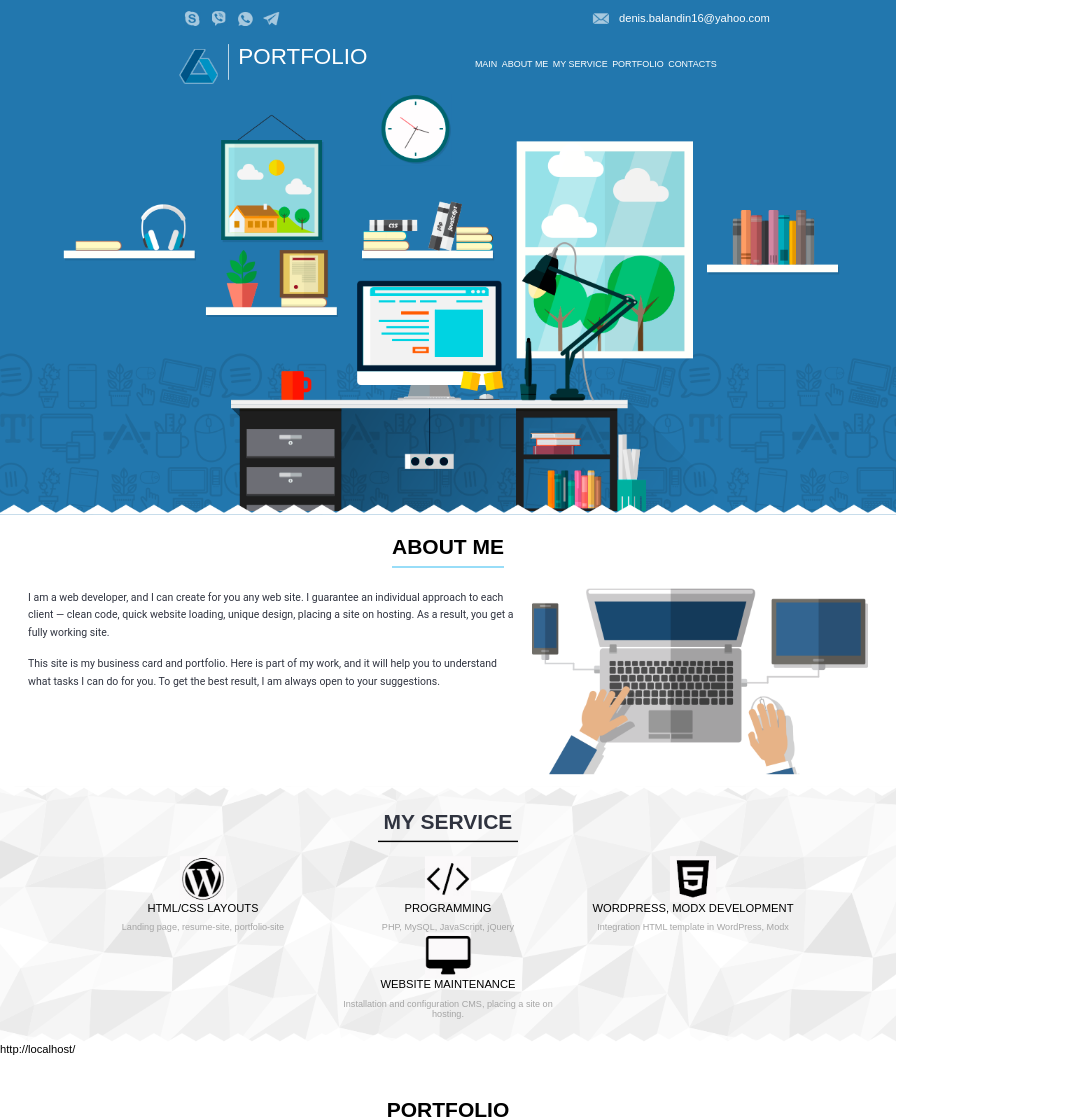
Repository: DenisBalandin/Portfolio
Page: /
An editor plug-in stored every save of this project. The page is shown before and after the next save, followed by the edit.
The browser window is 1280 px wide. The page is 1280 px wide, then 1536 px, so the pictures cover 1536 px, including what lies to the right of the window. The pictures show the part of the page from y = 0 to 1600 px (the page is 2213 px tall before and 2189 px after), at 70% of full size.
The page's requests for data from a server got no answer. The project was rebuilt for these pictures with package versions that can differ from the ones it lists, and the page was loaded fresh each time. No one was signed in, and anything a server would have sent is missing. Also part of the build but not shown: src/ItemPage.js.

Above is the page before, as saved 2020-03-06 18:54:16.

### src/App.js
import React from 'react';
import './style.scss';
import ItemPage from './ItemPage';
import Home from './Home';
import Header from './Header';


import {BrowserRouter as Router,Route, Link} from 'react-router-dom';

function App(){
  return (
    <Router>
      <Header/>
      <Route exact path="/pageitem" component={ItemPage} />

      <Route exact path="/pageitem/:itemid" component={ItemPage} />
      <Route exact path="/" component={Home} />
    </Router>
  );
}

export default App;

### src/style.scss
*{padding: 0; margin: 0;}
body{font-family: Arial; min-width: 500px; }
a{text-decoration: none; color: #FFFFFF; text-decoration: none;}
li{list-style: none;}



/* Heder */
#first_page_bg{
    width:100%;
    height: 70%;
    background: #2277ae;
    header{
        width: 60%;
        margin: 0 auto 0 auto;
        .up_menu_links{
            display: flex;
            justify-content: space-between;
           padding: 2% 0 0 0;
            .social_link{
                width: 30%;
                a{
                    margin: 0 3% 0 3%;
                }
            }
            .email_heder{
                width: 23%;
                span{
                    position: absolute;
                    margin: 0.2% 0 0 1%;
                }
            }
        }

        menu{
            margin: 30px 0 20px 0;
            display: flex;
           justify-content: space-between;
            .logo{
                width: 35%;
                display: flex;
                img{
                    width: 100%;
                    margin: -6% 0 0 0;
                }
                .company_name{
                    // margin: 0.3% 0 0 5%;
                    // height: 90%;
                    padding: 0 0 0 5%;

                    border-left: #FFFFFF 1px solid;
                    font-size: 2.5vw;
                    height: 100%;
                    vertical-align: middle;
                }
            }
            .menu_heder{
                padding: 1.2% 0 0 0;
                width: 45%;
                display: flex;
                justify-content: space-between;
                font-size: 1vw;
            }


        }
    }

}





// .menu div{ margin: -1px 5px 0 5px; color:#ffffff; font-size: 17px;  display: flex;
//     flex-direction:row;
//     flex-wrap: wrap;
//     justify-content: center;}
// .menu div a{color:#ffffff; font-size: 20px;}
/*Top menu end*/
/*Heder end*/

/*Page*/
#first_page_bg_single{ width: 100%; height: 195px; background: #2277ae; padding:0px 0 0 0; overflow: hidden;}
.bg_page_insaide_page{width: 100%; background: url("img/pattop1.png") repeat-x; height: 230px; position: relative; z-index:5;}
.deltatop_page_page{width: 100%; background: url("img/deltatop.png") repeat-x; height: 14px; position: relative; z-index: 20; margin: -13px 0 0 0;}
#content_page{
    max-width: 1200px;
    margin: 30px auto 0px auto;
    display: flex;
    flex-wrap: wrap;
    flex-direction: row;
    justify-content: space-around;
}
.content_pageh1{
    font-size: 30px;
    text-transform: uppercase;
    text-align: center;
    font-weight: bold;
    position: relative;
    margin-bottom: 30px;
    color:#303440;
    text-decoration: underline;
    padding: 40px 0 10px 0;
}
#content_page img{
    width: 100%;
    height: auto;
}
/*Page end*/
.order_site{float: right; margin: 15px 0 0 20px; width: 178px; height: 30px; border: 1px solid #6ca6cd; text-align: center; color: #ffffff; padding: 10px 0 0 0; font-size: 14px; box-shadow: 9px 8px 4px -7px #2277ae; }
.order_site:hover{background: #0298cc; cursor: pointer;}
.company_name{
    color: #ffffff;
    font-size: 45px;
    margin: -10px 0 0 15px;
}
.company_name a{color: #FFFFFF;}
.company_name a:hover{color: #FFFFFF; text-decoration: none;}
.logo_border{
    width: 1px; height: 50px; background: #FFFFFF; margin: 0 10px 0 25px;
}
.content_description{
    max-width: 750px;
    height: 60px;
    float: left;
    font-size: 14px;
    color: #303440;
    margin: 0 0px 0 0;
}
.tools{ font-size: 15px; color: #303440; padding: 0 0 0 0px; }
.content_link{font-size: 15px; color: #303440; margin:0px 0 20px 0;}
.content_link a{color: #303440; text-decoration: underline;}
.content_link a:hover{text-decoration: none;}
.content_text{
    width: 80%;
    background: #fff;
    border: 1px solid #59759b;
    overflow: hidden;
    margin: 0 auto 0 auto;
}
.content_text img{
    width: 100%!important;
    height: 50%!important;
}
.web_line{ background:url("img/web_line.jpg")no-repeat;  display: inline-block; height: 69px; max-width: 1150px; margin: 0 0 -5px 0; border-right: 1px solid #59759b; border-left: 1px solid #59759b; border-top: 1px solid #59759b;}
.content_url{float: left; margin: 40px 0 0 160px;}
.content_url a{color: #585353;}
/*Links end*/
.flex-container {
    display: flex;
    flex-direction:  row-reverse;
}
/*Top Menu*/
.heder_menu{
    display: flex;
}
.top_menu{
    margin: 20px 0;
    display: flex;
    flex-direction:row;
}
/*Page bg*/
.page_bg{
    margin: -10px auto 0 auto;
}
.bg_page_insaide{width: 100%; background: url("img/pattop.png") repeat-x;  position: relative; z-index:5; background-position: bottom;
    display: flex;
    flex-direction: column;
}
.bg_page_insaide_single{width: 100%; margin: 15px 0 0 0; background: url("img/pattop.png") repeat-x; height: 130px; position: relative; z-index:5;}
.deltatop_page{width: 100%; background: url("img/deltatop.png") repeat-x; height: 14px; position: relative; z-index: 20; margin: -14px 0 0 0;}
/*Page bg end*/

/*About me*/
#about_me{
    max-width: 1200px;
    margin:  30px auto 70px auto;
}
#about_me h1{
    font-size: 30px;
    text-transform: uppercase;
    margin: 0 auto 30px auto;
    font-weight: bold;
    position: relative;
    border-bottom: 2px solid #6dcff6;
    width: 160px;
    padding: 0 0 10px 0;
}
#about_me p{    box-sizing: border-box;
    font: 15px "Roboto";
    line-height: 25px;
    color: #303440; margin: 20px 0 13px 0;}
#about_me img{
    padding: 0 0 0 20px;
    margin: 0 0 20px 0;
}
/*About me end*/

/*My Service*/
#my_service_bg{
    height: 100%;
    background: url("img/bgdelta.png") repeat-x;
}
.my_service_line_top{
    width: 100%;
    height: 14px;
    background: url("img/deltabottom.png") repeat-x;
}
.my_service_line_bottom{
    width: 100%;
    height: 14px;
    background: url("img/deltatop.png") repeat-x;
}
#my_service{
    max-width: 1500px;
    margin: 0px auto 20px auto;
    display: flex;
    flex-direction:row;
    flex-wrap: wrap;
    justify-content: center;

}
#my_service_bg h3{
    font-size: 30px;
    text-transform: uppercase;
    font-weight: bold;
    color: #303440;
    width: 200px;
    text-align: center;
    margin: 20px auto 20px auto;
    border-bottom: 2px #000000 solid;
    padding: 0 0 10px 0;
}
#my_service div{
    display: flex;
    flex-direction:column;
    flex-wrap: wrap;
    justify-content: center;
}
#my_service div img{
    margin:  0 auto 0 auto;
}
.text_1{
    text-align: center;
    padding: 0 25px 0 25px;
    font-size: 1em;
}
.text_2{
    text-align: center;
    padding: 0 25px 0 25px;
    color:#a4a4a4;
    font-size: 5em;
    width: 300px;
}
/*My service end*/

/*Portfolio*/
#portfolio{
    max-width: 1200px;
    margin: 0 auto 40px auto;
    display: flex;
    flex-direction:row;
    flex-wrap: wrap;
    justify-content: center;
}
.portfolioh3{
    font-size: 30px;
    text-transform: uppercase;
    text-align: center;
    font-weight: bold;
    position: relative;
    border-bottom: 2px solid #6dcff6;
    width: 230px;
    margin: 60px auto 40px auto;
    padding: 0 0 5px 0;
}
#portfolio .portfolioblock{
    border: 1px solid #bfd2e1;
    width: 368px;
    margin: 10px;
    box-shadow: 5px 5px 4px -5px #000000;
}
#portfolio div img{
    margin: -12px 0 0px 0;
    display: inline-block;
}
.p_name{
    background:#2d7eb2;
    text-align: center;
    height: 40px;
    opacity: 0.8;
    padding: 2px 20px;
    margin: 0 auto 0 auto;
}
.p_name a{
    font-size: 20px;
    color: #ffffff;
}
.p_name:hover{
    text-decoration: none;
}
/*Portfolio end*/

/*Content blog*/
#content_blog{ max-width: 1200px;  margin: 0 auto 40px auto; min-height: 300px;}
/*Content blog end*/



/*I used*/
#my_skils_bg{
    width: 100%;
    height: 100%;
    background: url("img/bgdelta.png") repeat-x;
    margin: 0 0 40px 0;
}
.my_skils_line_top{
    width: 100%;
    height: 14px;
    background: url("img/deltabottom.png") repeat-x;
}
.my_skils_line_bottom{
    width: 100%;
    height: 14px;
    background: url("img/deltatop.png") repeat-x;
}
#my_skils{
    max-width: 1200px;
    margin: 10px auto 0px auto;
    display: flex;
    flex-direction:row;
    flex-wrap: wrap;
}
#my_skils div img{}
.my_skillsh3{
    font-size: 30px;
    text-transform: uppercase;
    font-weight: bold;
    color: #303440;
    width: 165px;
    text-align: center;
    margin: 0 auto 20px auto;
    border-bottom: 2px #000000 solid;
    padding: 0 0 10px 0;
}
#my_skils div{ width: 140px; text-align: center; margin: 0 0 20px 18px;}
#my_skils div img{margin: 0 0 10px 0; width:40%;}
.about_me_img{}
.text_1{ text-align: center;}
.text_2{ text-align: center; margin: 10px 0 0 0; color:#a4a4a4; font-size: 13px;}
/*I used end*/

/*Portfolio*/
.contactsh3{
    font-size: 30px;
    text-transform: uppercase;
    text-align: center;
    font-weight: bold;
    position: relative;
    border-bottom: 2px solid #6dcff6;
    width: 170px;
    margin: 60px auto 40px auto;
    padding: 0 0 5px 0;
}
#contacts{
    max-width: 1200px;
    margin: 0 auto 0px auto;
    display: flex;
    flex-direction:row;
    flex-wrap: wrap;
    justify-content: space-around;
}
.formcont{ margin: 0 20px 0 0;}
.formcont input{border: 1px solid #dddddd; margin: 10px 0 10px 0; width: 250px; height: 30px; color: #666666; padding: 0 0 0 10px;}
.formcont textarea{border: 1px solid #dddddd; margin: 10px 0 10px 0; width: 410px; height: 70px; color: #666666; padding: 15px 0 0 10px;}
.formcont button{ background:#0298cc; height: 40px; width: 180px; color: #ffffff; font-size: 18px; border: 1px solid #6ca6cd; cursor: pointer;}
.formcont button:hover{ background:#2277ae;}
/*Portfolio end*/

/*Footer*/
#footer_bg{background: #2277ae; width: 100%; height: 100px; margin: 50px 0 0 0; }
#footer{max-width: 1200px;  margin: 10px auto 0px auto; height: 50px;}
.copyright{ color: #ffffff; margin: 25px 0 0 10px;}
.footermenu{ margin: 25px 0 0 0;}
.footermenu li{float: left; font-size: 14px; margin: 0 10px 0 10px; color: #ffffff; border-bottom: 1px solid #ffffff;}
.footermenu li:hover{border-bottom: 1px solid #2277ae;}
/*footer end*/


@media all and (max-width: 900px) {
    #my_service div img {
        width: 0%;
    }

    #about_me p img {
        width: 0%;
    }

    #my_skils div img {
        width: 0% !important;
    }

    #my_skils{
        justify-content: space-around!important;
    }
    #my_skils div{
        margin: 0 !important;
    }
    .top_menu{
        display: none!important;
    }
    .menu{
        margin: 10px 0 40px 0!important;
        justify-content: space-around !important;
    }
    #about_me p{
        padding: 0 30px 0 30px!important;
    }
}

### src/Home.js
import React,{Component} from 'react';
import AboutMe from './AboutMe';
import MyService from './MyService';
import MySkills from './MySkills';
import Contacts from './Contacts';
import Portfolio from './Portfolio';
import {BrowserRouter as Router,Route, Link} from 'react-router-dom';


class Home extends Component{
    render(){
        return(
            <div>
                <Router>
                    <AboutMe/>
                    <MyService/>
                    <Portfolio/>
                    <MySkills/>
                    <Contacts/>
                </Router>
            </div>
        );
    }
}
export default Home;

### src/Header.js
import React from 'react';
import skype from './img/skype_icon.jpg';
import viber from './img/viber_icon.jpg';
import whatsap from './img/whatsap.jpg';
import telegram from './img/telegram.jpg';
import email from './img/email.jpg';
import logo from './img/logo.png';
import background from './img/background.png';


function Header(){
    return(
        <div id="first_page_bg" >
        {/* <!--Links--> */}
            <header>
            <div className="up_menu_links">
                <div className="social_link">
                    <a href="#"><img src={skype}/></a>
                    <a href="#"><img src={viber}/></a>
                    <a href="#"><img src={whatsap}/></a>
                    <a href="#"><img src={telegram}/></a>
                </div>
                <div className="email_heder">
                    <a href="#">
                        <img src={email}/>
                        <span>denis.balandin16@yahoo.com</span>
                    </a>
                </div>
            </div>
            {/* <!--Links end--> */}
            {/* <!--Menu--> */}
            <menu>
                <div className="logo">
                    <div>
                        <a href="/">
                        <img src={logo} />
                        </a>
                    </div>
                    <div className="company_name">
                        <a href="/">PORTFOLIO</a>
                    </div>
                </div>




                <div className="menu_heder">
                    <div>
                        <a href="/">MAIN</a>
                    </div>
                    <div>
                        <a href="#about_me">ABOUT ME</a>
                    </div>
                    <div>
                        <a href="#my_service">MY SERVICE</a>
                    </div>
                    <div>
                        <a href="#portfolio">PORTFOLIO</a>
                    </div>
                    <div>
                        <a href="#contacts">CONTACTS</a>
                    </div>
                </div>
            </menu>
            {/* <!--Menu end--> */}
        </header>
        <div className="bg_page_insaide">
            <div className="page_bg">
                <img src={background} width="100%" />
            </div>
        </div>
        <div className="deltatop_page"></div>
    </div>
    );
}
export default Header;

### src/AboutMe.js
import React from 'react';
import aboutme from './img/aboutme.png';

function AboutMe(){
    return(
        <div id="about_me">
            <h1>ABOUT ME</h1>
            <p>
                <img className="about_me_img" align="right" src={aboutme} width="40%"/>
                I am a web developer, and I can create for you any web site. I guarantee an individual approach to each client — clean code, quick website loading, unique design, placing a site on hosting. As a result, you get a fully working site.
            </p>
            <p>
                This site is my business card and portfolio. Here is part of my work, and it will help you to understand what tasks I can do for you. To get the best result, I am always open to your suggestions.
            </p>
            <br/><br/><br/>
        </div>
    );
}
export default AboutMe;

### src/MyService.js
import React from 'react';
import wordpress from './img/wordpress_icon.jpg';
import teg from './img/teg.jpg';
import html5 from './img/hml5_icon.jpg';
import monitor from './img/monitor.jpg';

function MyService(){
    return(
        <div id="my_service_bg">
        <div className="my_service_line_top"></div>
          <h3>MY SERVICE</h3>
        <div id="my_service">
            <div>
              <img src={wordpress} />
              <div className="text_1">HTML/CSS LAYOUTS</div>
              <div className="text_2">Landing page, resume-site, portfolio-site</div>
            </div>
            <div>
              <img  src={teg} />
              <div className="text_1">PROGRAMMING</div>
              <div className="text_2">PHP, MySQL, JavaScript, jQuery</div>
            </div>
            <div>
              <img src={html5}/>
              <div className="text_1">WORDPRESS, MODX DEVELOPMENT</div>
              <div className="text_2">Integration HTML template in WordPress, Modx</div>
            </div>
            <div>
              <img src={monitor}/>
              <div className="text_1">WEBSITE MAINTENANCE</div>
              <div className="text_2">Installation and configuration CMS, placing a site on hosting.</div>
            </div>
        </div>
        <div className="my_service_line_bottom"></div>
      </div>
    );
}
export default MyService;

### src/MySkills.js
import React from 'react';
import css3 from './img/css3.png';
import bootstrap from './img/bootstrap.png';

function MySkills(){
    return(
        <div id="my_skils_bg">
            <div className="my_skils_line_top"></div>
            <h3 className="my_skillsh3">My Skills</h3>
            <div id="my_skils">
                <div>
                    <img src="<?php bloginfo('template_directory'); ?>/img/html5.png" />
                    <p>HTML 5</p>
                </div>
                <div>
                    <img src="<?php bloginfo('template_directory'); ?>/img/js.png"/>
                    <p>JavaScript</p>
                </div>
                <div><img src={css3}/> <p>CSS3</p></div>
                <div><img src={bootstrap}/><p>Bootstrap</p></div>
                <div><img src="<?php bloginfo('template_directory'); ?>/img/wordpress.png"/><p>WordPress</p></div>
                <div><img src="<?php bloginfo('template_directory'); ?>/img/laravel.png"/><p>Laravel</p></div>
                <div><img src="<?php bloginfo('template_directory'); ?>/img/yii.png"/><p>Yii</p></div>
                <div><img src="<?php bloginfo('template_directory'); ?>/img/php.png"/><p>PHP</p></div>
                <div><img src="<?php bloginfo('template_directory'); ?>/img/mysql.png"/><p>MySQL</p></div>
                <div><img src="<?php bloginfo('template_directory'); ?>/img/modx.png"/><p>MODX</p></div>
                <div><img src="<?php bloginfo('template_directory'); ?>/img/angular.png"/><p>AngularJS</p></div>
                <div><img src="<?php bloginfo('template_directory'); ?>/img/git.png"/><p>GIT</p></div>
                <div><img src="<?php bloginfo('template_directory'); ?>/img/jquery.png"/><p>jQuery</p></div>
                <div><img src="<?php bloginfo('template_directory'); ?>/img/codeigniter.png"/><p>CodeIgniter</p></div>
            </div>
            <div className="my_service_line_bottom"></div>
        </div>
    );
}
export default MySkills;

### src/Contacts.js
import React from 'react';
import skype_cont from './img/skype_cont.jpg';
import mail_cont from './img/mail_cont.jpg';
import phone_cont from './img/phone_cont.png';

function Contacts(){
    return(
        <>
            <h3 className="contactsh3">CONTACTS</h3>
            <div id="contacts">
                <div className="formcont">
                    <p>Feedback form:</p>

                </div>
                <div className="contacts">
                    <div>
                    <img src={phone_cont}/> <span>Phone:</span>
                    </div>
                    <div>
                    <img src={mail_cont}/> <span>Email: denis.balandin16@yahoo.com  </span>
                    </div>
                    <div>
                    <img src={skype_cont}/> <span>Skype: denis.balandinq </span>
                    </div>
                </div>
            </div>
        </>
    );
}
export default Contacts;

### src/Portfolio.js
import React,{Component} from 'react';
import portfolioicon from './img/portfolioicon.jpg';
import { db } from "./firebase";
import ReactHtmlParser, { processNodes, convertNodeToElement, htmlparser2 } from 'react-html-parser';
import {BrowserRouter as Router,Route, Link} from 'react-router-dom';

class Portfolio extends Component{
    constructor(props){
        super(props);
        this.state = {
            pages:[]
        }
    }
    componentDidMount(){
        this.getFetch();
    }
    getFetch = () => {
        // db.collection("messages")
        // .get()
        // .then(querySnapshot => {
        //     let fullArray = [];
        //     const data = querySnapshot.docs.map(doc => doc.data());
        //     for(var int = 0; int < data.length; int++){
        //         fullArray[int] = {
        //             name: data[int].name,
        //             date:data[int].date,
        //             check:data[int].check,
        //             id: querySnapshot.docs[int].id,
        //         }
        //     }
        //     this.setState({ users: fullArray });
        // });
        fetch('http://testwoo/wp-json/wp/v2/posts')
        .then(response => response.json())
        .then(
            result => this.setState({
                pages:result
            })
        );
    }

    render(){
       return(
           <>
           {window.location.href}
            {/* <Route exact path="/"  component={Home}/> */}
            <h3 className="portfolioh3">PORTFOLIO</h3>
            <div id="portfolio">
                {this.state.pages.map((page, index)=>
                    <div className="portfolioblock">
                        {/* <Link to={`/pageitem/${page.id}`}>
                            <img src={portfolioicon}  width="368"/>
                            { ReactHtmlParser(page.excerpt.rendered)}
                        </Link>
                        <div className="p_name">
                            <a href="/pexuniverse/">{page.title.rendered}</a>
                        </div> */}
                    </div>
                )}


            </div>
        </>
       );
   }
}
export default Portfolio;

### src/firebase.js
import firebase from 'firebase';

const firebaseApp = firebase.initializeApp({
    apiKey: "AIzaSyBH21wpMVzXC2kYGnD8x1tI6ru-zdWNAqs",
    authDomain: "test-4ba23.firebaseapp.com",
    databaseURL: "https://test-4ba23.firebaseio.com",
    projectId: "test-4ba23",
    storageBucket: "test-4ba23.appspot.com",
    messagingSenderId: "597606478464",
    appId: "1:597606478464:web:6e48455407186638df2c65",
    measurementId: "G-NDR2C185V9"
});

const db = firebaseApp.firestore();

export {db};

Loaded but not shown: public/index.html (common file); src/index.js (common file); src/index.css (common file); src/serviceWorker.js (common file)

After the next save:
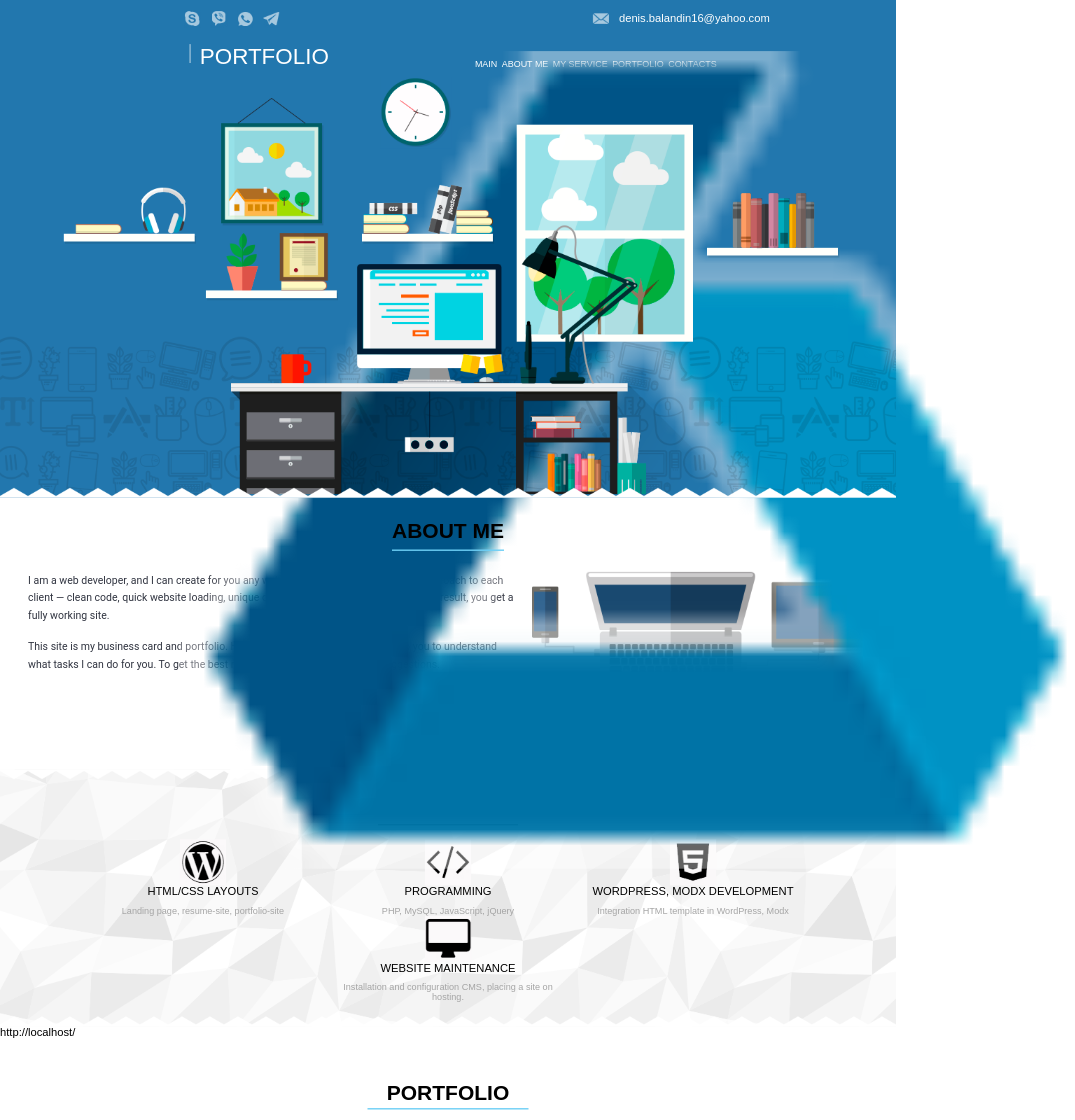
Saved 11 s later.
--- a/src/style.scss
+++ b/src/style.scss
@@ -41,7 +41,7 @@
                 display: flex;
                 img{
                     width: 100%;
-                    margin: -6% 0 0 0;
+                    position: absolute;
                 }
                 .company_name{
                     // margin: 0.3% 0 0 5%;
